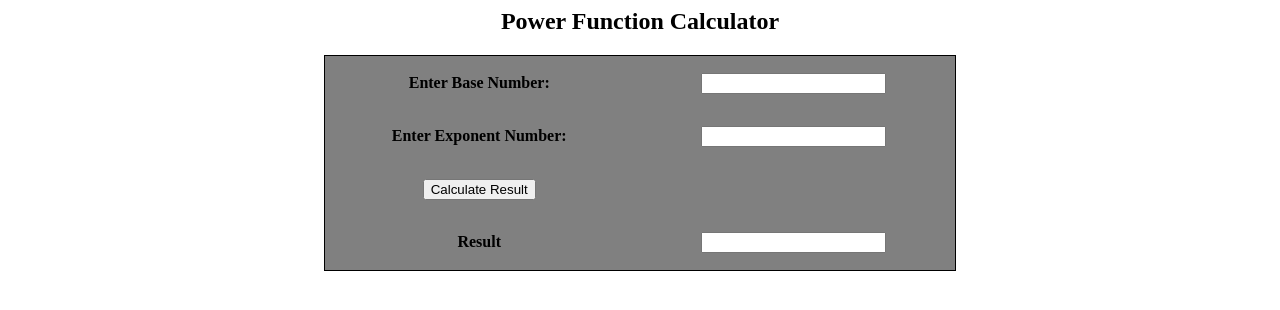
Repository: DeepaliKalagate/PowerCalculatorAPI
Page: PowerFunctionCalculator/src/main/resources/PowerFunction.html
These files come from the project's save history. The page is drawn as it stood at one moment and after the next save; the edit follows.
The browser window is 1280 px wide. The pictures show the whole page.

Above is the page before, as saved 2020-02-09 06:56:05.

After the next save:
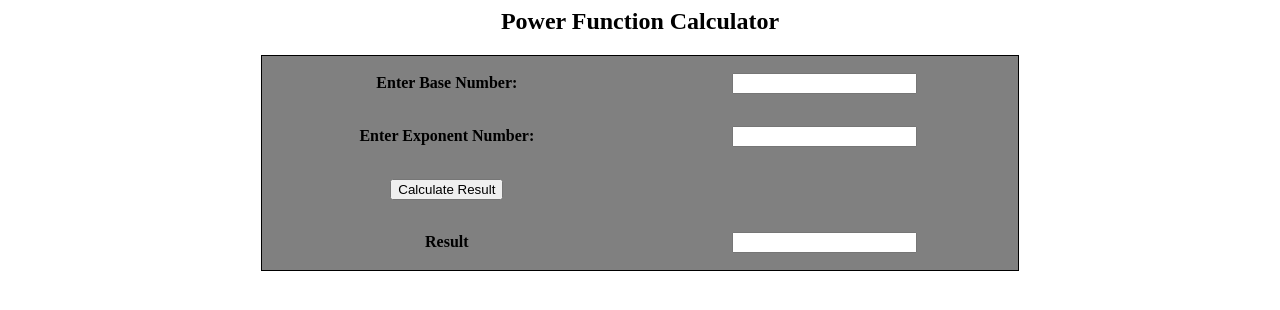
Saved 20 min 16 s later.
--- a/PowerFunctionCalculator/src/main/resources/PowerFunction.html
+++ b/PowerFunctionCalculator/src/main/resources/PowerFunction.html
@@ -5,7 +5,7 @@
 </head>
 <style>
 table {
-  width:50%;
+  width:60%;
 }
 table{
   border: 1px solid black;
@@ -27,11 +27,11 @@ table{
 <table align="center">
   <tr>
     <th>Enter Base Number:</th>
-    <th><input type:"text" id="baseNumber" name="base"></th>
+    <th><input type:"text" id="baseNumber" name="base" required></th>
   </tr>
   <tr>
     <th>Enter Exponent Number:</th>
-    <td><input type:"text" id="exponentNumber" name="exponent"></td>
+    <td><input type:"text" id="exponentNumber" name="exponent" required></td>
   </tr>
   <tr>
     <td><input type="submit" id="submit" value="Calculate Result"></td>
@@ -73,12 +73,6 @@ document.getElementById("result").value=data;
 
   });
 });
-
 </script>
-
-
-
-
-
 </body>
 </html>
